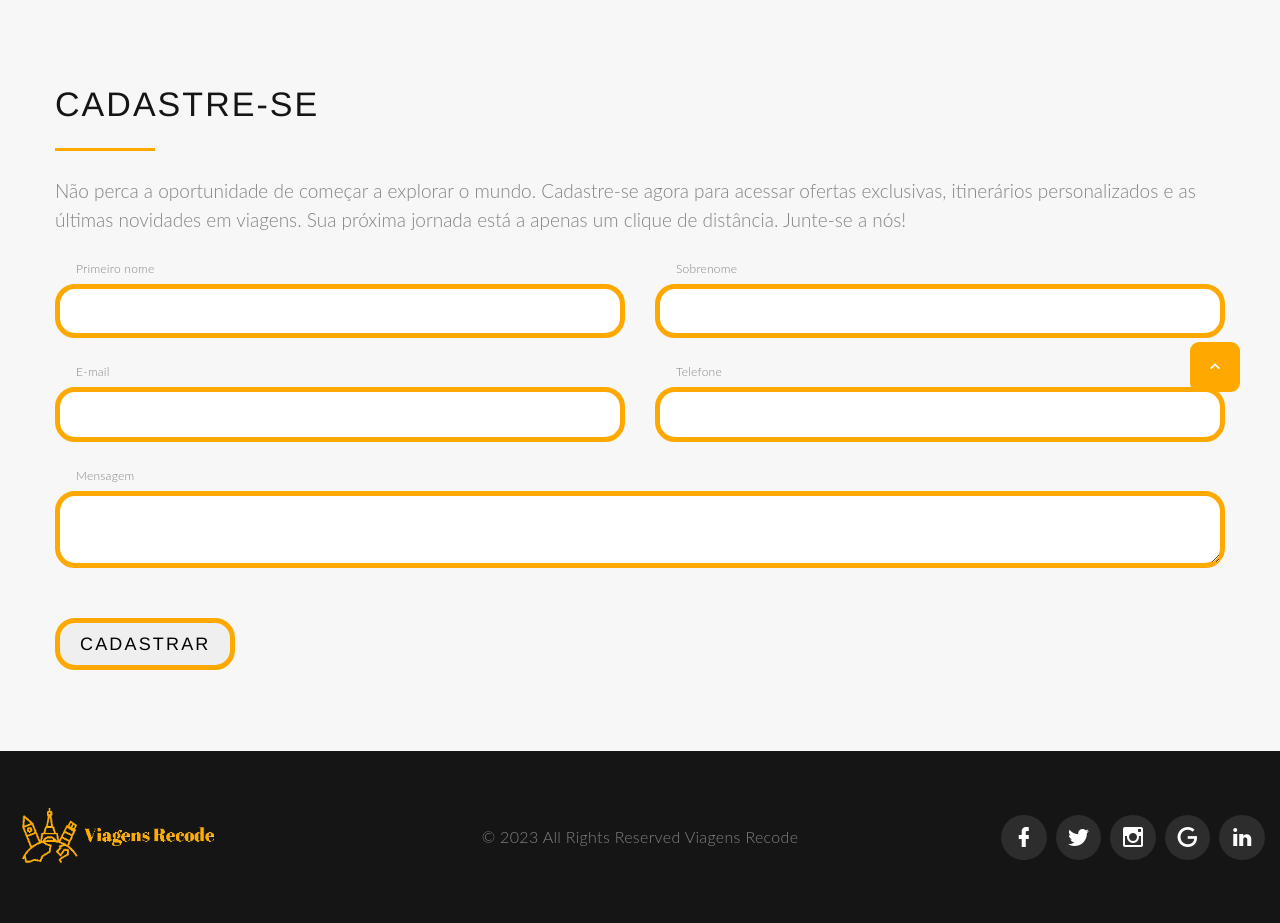
Repository: LiraS23/RecodePro2023-Modulo-4
Page: java/Modulo4/src/main/webapp/cliente.html
The author's editor kept a copy of each file at every save. The page is drawn from the files as they stood at one save, then again after the next save.
The browser window is 1280 px wide. The pictures show the part of the page from y = 388 to 1311 px (the page is 1311 px tall).
Some web fonts or font styles are not loaded; a fallback is used.

Above is the page before, as saved 2023-10-28 14:24:17.

### java/Modulo4/src/main/webapp/cliente.html
<!DOCTYPE html>
<html lang="pt-br">

<head>
	<meta charset="UTF-8">
	<meta name="viewport" content="width=device-width, height=device-height, initial-scale=1.0">
	<meta http-equiv="X-UA-Compatible" content="IE=edge">
	<title>Cliente</title>

	<link rel="icon" href="assets/images/favicon.ico" type="image/x-icon">
	<link rel="stylesheet" type="text/css"
		href="assets/fonts.googleapis.com/css?family=Oswald:200,400%7CLato:300,400,300italic,700%7CMontserrat:900">
	<link rel="stylesheet" href="assets/css/bootstrap.css">
	<link rel="stylesheet" href="assets/css/style.css">
	<link rel="stylesheet" href="assets/css/fonts.css">

</head>

<body>
	<div class="page">
		<header class="section page-header breadcrumbs-custom-wrap bg-gradient bg-secondary-2 novi-background bg-cover">
			<!-- RD Navbar-->
			<div class="rd-navbar-wrap rd-navbar-default">
				<nav class="rd-navbar" data-layout="rd-navbar-fixed" data-sm-layout="rd-navbar-fixed"
					data-md-layout="rd-navbar-fixed" data-md-device-layout="rd-navbar-fixed"
					data-lg-layout="rd-navbar-fullwidth" data-xl-layout="rd-navbar-static"
					data-lg-device-layout="rd-navbar-fixed" data-xl-device-layout="rd-navbar-static"
					data-md-stick-up-offset="2px" data-lg-stick-up-offset="2px" data-stick-up="true"
					data-sm-stick-up="true" data-md-stick-up="true" data-lg-stick-up="true" data-xl-stick-up="true">
					<div class="rd-navbar-inner">
						<!-- RD Navbar Panel-->
						<div class="rd-navbar-panel">
							<!-- RD Navbar Toggle-->
							<button class="rd-navbar-toggle"
								data-rd-navbar-toggle=".rd-navbar-nav-wrap"><span></span></button>
							<!-- RD Navbar Brand-->
							<div class="rd-navbar-brand"><a class="brand-name" href="index.html"><img
										class="logo-default" src="assets/images/logo-default-208x46.png" alt=""
										width="208" height="46" /><img class="logo-inverse"
										src="assets/images/logo-inverse-208x46.png" alt="" width="208"
										height="46" /></a></div>
						</div>
						<div class="rd-navbar-aside-right">
							<div class="rd-navbar-nav-wrap">
								<!-- RD Navbar Nav-->
								<ul class="rd-navbar-nav">
									<li><a href="index.html">Home</a>
									</li>
									<li><a href="destinos.html">Destinos</a>
									</li>
									<li><a href="promocoes.html">Promoções</a>
									</li>
									<li><a href="contato.html">Contato</a>
									</li>
									<li class="active"><a href="cliente.html">Cliente</a>
									</li>
								</ul>
							</div>
						</div>
						<div class="rd-navbar-aside-right"><a class="button button-sm button-secondary button-nina"
								href="pedidos.html">Reserve um passeio agora</a></div>
					</div>
				</nav>
			</div>
			<!-- Breadcrumbs-->
			<section class="breadcrumbs-custom"
				style="background: url(&quot;https://travelplustur.com.br/wp-content/uploads/2022/04/travelplus-tur-22.jpg&quot;); background-size: cover;">
				<div class="container">
					<p class="breadcrumbs-custom-subtitle">Faça seu registro</p>
					<p class="heading-1 breadcrumbs-custom-title">Cadastro</p>
				</div>
			</section>

		</header>

		<!-- Cadastro-->
		<section class="section section-wrap bg-gray-lighter novi-background bg-cover">
			<div class="section-wrap-inner">
				<div class="container container-bigger">
					<div class="row">
						<div class="col">
							<div class="section section-lg">
								<h3>Cadastre-se</h3>
								<hr class="divider divider-left divider-secondary">
								<p class="big">Não perca a oportunidade de começar a explorar o mundo. Cadastre-se agora
									para acessar ofertas exclusivas, itinerários personalizados e as últimas novidades
									em viagens. Sua próxima jornada está a apenas um clique de distância. Junte-se a
									nós!</p>
								<!-- RD Mailform-->
								<form class="rd-mailform" data-form-output="form-output-global" data-form-type="contact"
									method="post" action="bat/rd-mailform.php">
									<div class="row row-fix row-20">
										<div class="col-md-6">
											<div class="form-wrap form-wrap-validation">
												<label class="form-label-outside" for="form-1-name">Primeiro
													nome</label>
												<input class="form-control"
													style="border: 5px solid #FFA900; border-radius: 20px;"
													id="form-1-name" type="text" name="name"
													data-constraints="@Required" />
											</div>
										</div>
										<div class="col-md-6">
											<div class="form-wrap form-wrap-validation">
												<label class="form-label-outside"
													for="form-1-last-name">Sobrenome</label>
												<input class="form-control"
													style="border: 5px solid #FFA900; border-radius: 20px;"
													id="form-1-last-name" type="text" name "last-name"
													data-constraints="@Required" />
											</div>
										</div>
										<div class="col-md-6">
											<div class="form-wrap form-wrap-validation">
												<label class="form-label-outside" for="form-1-email">E-mail</label>
												<input class="form-control"
													style="border: 5px solid #FFA900; border-radius: 20px;"
													id="form-1-email" type="email" name="email"
													data-constraints="@Email @Required" />
											</div>
										</div>
										<div class="col-md-6">
											<div class="form-wrap form-wrap-validation">
												<label class="form-label-outside" for="form-1-phone">Telefone</label>
												<input class="form-control"
													style="border: 5px solid #FFA900; border-radius: 20px;"
													id="form-1-phone" type="text" name="phone"
													data-constraints="@Numeric @Required" />
											</div>
										</div>
										<div class="col-sm-12">
											<div class="form-wrap form-wrap-validation">
												<label class="form-label-outside" for="form-1-message">Mensagem</label>
												<textarea class="form-control"
													style="border: 5px solid #FFA900; border-radius: 20px;"
													id="form-1-message" name="mensagem"
													data-constraints="@Required"></textarea>
											</div>
										</div>
										<div class="col-sm-12 offset-custom-1">
											<div class="form-button">
												<button class="btn btn-secondary"
													style="border: 5px solid #FFA900; border-radius: 20px;"
													type="submit">Cadastrar</button>
											</div>
										</div>
									</div>
								</form>
							</div>
						</div>
					</div>
				</div>
			</div>
		</section>
		<!-- Footer Minimal-->
		<footer class="section page-footer page-footer-minimal novi-background bg-cover text-center bg-gray-darker">
			<div class="container container-wide">
				<div class="row row-fix justify-content-sm-center align-items-md-center row-30">
					<div class="col-md-10 col-lg-7 col-xl-4 text-xl-left"><a href="index.html"><img class="inverse-logo"
								src="assets/images/logo-inverse-208x46.png" alt="" width="208" height="46" /></a></div>
					<div class="col-md-10 col-lg-7 col-xl-4">
						<p class="right">&#169;&nbsp;<span class="copyright-year"></span> All Rights Reserved Viagens
							Recode</p>
					</div>
					<div class="col-md-10 col-lg-7 col-xl-4 text-xl-right">
						<ul class="group-xs group-middle">
							<li><a class="icon novi-icon icon-md-middle icon-circle icon-secondary-5-filled mdi mdi-facebook"
									href="#"></a></li>
							<li><a class="icon novi-icon icon-md-middle icon-circle icon-secondary-5-filled mdi mdi-twitter"
									href="#"></a></li>
							<li><a class="icon novi-icon icon-md-middle icon-circle icon-secondary-5-filled mdi mdi-instagram"
									href="#"></a></li>
							<li><a class="icon novi-icon icon-md-middle icon-circle icon-secondary-5-filled mdi mdi-google"
									href="#"></a></li>
							<li><a class="icon novi-icon icon-md-middle icon-circle icon-secondary-5-filled mdi mdi-linkedin"
									href="#"></a></li>
						</ul>
					</div>
				</div>
			</div>
		</footer>
	</div>

	<!-- Global Mailform Output-->
	<div class="snackbars" id="form-output-global"> </div>
	<!-- Javascript-->
	<script src="assets/js/core.min.js"></script>
	<script src="assets/js/script.js"></script>
</body>

</html>

Loaded but not shown: java/Modulo4/src/main/webapp/assets/css/bootstrap.css (library); java/Modulo4/src/main/webapp/assets/css/style.css (library); java/Modulo4/src/main/webapp/assets/css/fonts.css (library); java/Modulo4/src/main/webapp/assets/js/core.min.js (library); java/Modulo4/src/main/webapp/assets/js/script.js (1496 lines, source omitted)

After the next save:
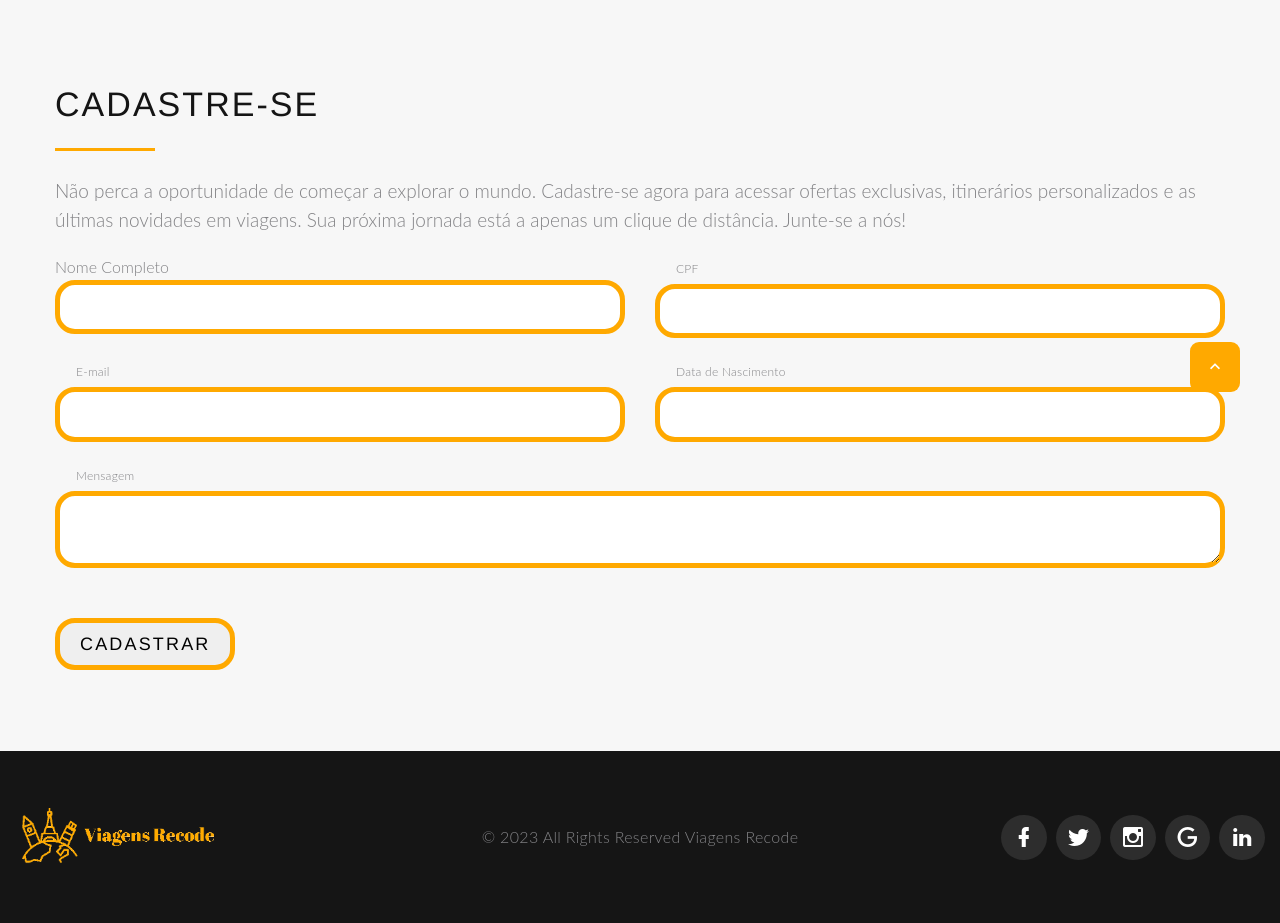
Saved 40 s later.
--- a/java/Modulo4/src/main/webapp/cliente.html
+++ b/java/Modulo4/src/main/webapp/cliente.html
@@ -91,9 +91,7 @@
 									method="post" action="bat/rd-mailform.php">
 									<div class="row row-fix row-20">
 										<div class="col-md-6">
-											<div class="form-wrap form-wrap-validation">
-												<label class="form-label-outside" for="form-1-name">Primeiro
-													nome</label>
+											<div class="form-wrap form-wrap-validation">Nome Completo</label>
 												<input class="form-control"
 													style="border: 5px solid #FFA900; border-radius: 20px;"
 													id="form-1-name" type="text" name="name"
@@ -103,7 +101,7 @@
 										<div class="col-md-6">
 											<div class="form-wrap form-wrap-validation">
 												<label class="form-label-outside"
-													for="form-1-last-name">Sobrenome</label>
+													for="form-1-last-name">CPF</label>
 												<input class="form-control"
 													style="border: 5px solid #FFA900; border-radius: 20px;"
 													id="form-1-last-name" type="text" name "last-name"
@@ -121,7 +119,7 @@
 										</div>
 										<div class="col-md-6">
 											<div class="form-wrap form-wrap-validation">
-												<label class="form-label-outside" for="form-1-phone">Telefone</label>
+												<label class="form-label-outside" for="form-1-phone">Data de Nascimento</label>
 												<input class="form-control"
 													style="border: 5px solid #FFA900; border-radius: 20px;"
 													id="form-1-phone" type="text" name="phone"
